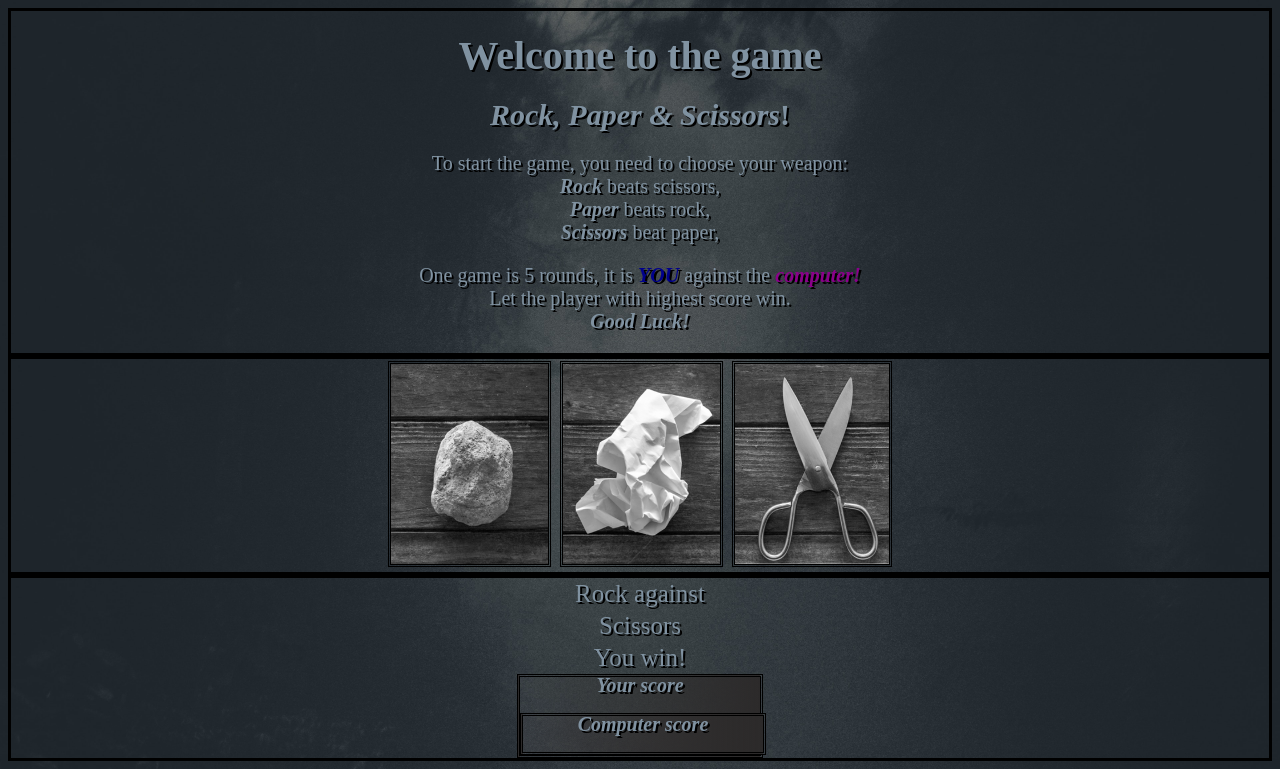
Repository: agneta1991/rock-paper-scissors
Page: Desktop/coding/index2.html
An editor plug-in stored every save of this project. The page is shown before and after the next save, followed by the edit.
The browser window is 1280 px wide. The pictures show the whole page.
After loading, the first visible `button.Rock` was clicked once.

Above is the page before, as saved 2023-03-06 08:34:20.

### Desktop/coding/index2.html
<!DOCTYPE html>
<html lang="en">
<head>
    <meta charset="UTF-8">
    <title>Rock Paper Scissors</title>
    <link rel="styleSheet" href='styles.css'>
</head>
<body>
    <script src="js.js" defer></script>
    <div class="container1">
        <div class="title">
            <h1>Welcome to the game </h1>
            <h2><span>Rock, Paper & Scissors</span>!</h2>
            <p>To start the game, you need to choose your weapon:<br>
            <span>Rock</span> beats scissors, <br>
            <span>Paper</span> beats rock, <br>
            <span>Scissors</span> beat paper,</p>
            <p>One game is 5 rounds, it is <span style="color: darkblue">YOU</span> against the <span style="color: darkmagenta">computer!</span><br>
            Let the player with highest score win.<br>
        <span>Good Luck!</span></p>
        </div>
    </div>
    <div class ="container2">
        <div class="options">
            <button class="Rock"> <img src='images/rock.png'></button>
            <button class="Paper"><img src='images/paper.png'></button>
            <button class="Scissors"><img src='images/scissors.png'></button>
        </div>
    </div>
    <div class="container3">
        <div id="playerChoice"></div><div id="computerChoice"></div>
        <div id="msg"></div>
        <div class="score">
            <div class="playerScore"><span>Your score<span></span>
            <div id="displayedPlayerScore"></p></div>
            <div class="computerScore"><span>Computer score<span></span>
            <div id="displayedComputerScore"></p></div></div>
        </div>
    </div>
</body>
</html>

### Desktop/coding/styles.css
body{
    background-image: url('images/background.jpg');
    background-size:100%;
}
h1, h2{
    line-height: 90%;
}

.container1, .container2, .container3{
    border: solid black;
    color: rgb(128, 146, 161);
    text-shadow: 2px 2px black;
    font-size: 20px;
}
span{
    font-weight: bold;
    font-style: italic;
}
.container1{
    display: flex;
    justify-content: center;
    text-align: center;
}


img{
    width: auto ;
    height: 200px ;
    border-style: double;
}

.container2 {
    display: flex;
    justify-content: center;
    gap: 8px;
}
button{
    background-color: transparent;
    padding: 0%;
    border-color: transparent;
}


img {
    -webkit-filter:
    grayscale(100%);
    filter:grayscale(100%);
    -webkit-transition: .2s
    ease-in-out;
    transition: .2s ease-in-out;

}

img:hover {
    -webkit-filter:grayscale(0);
    filter:grayscale(0);

}

.playerScore, .computerScore {
    line-height: 80%;
    border: black;
    width: 240px;
    border-style: double;
    background-image: linear-gradient(to right, rgba(156, 146, 146, 0.055),rgb(44, 42, 42) );
}

.score{
    display: flex;
    justify-content: center;
    text-align: center;
    gap: 10px;

}

#playerChoice, #computerChoice, #msg{
    display: flex;
    justify-content: center;
    text-align: center;
    padding: 2px;
    font-size: 25px;
    display: flex;
    justify-content: center;
    text-align: center;
}

### Desktop/coding/js.js
const choice = ['Rock', 'Paper', 'Scissors'];
const computerChoice = choice[Math.floor(Math.random()*choice.length)];


function round() {
const btn = document.querySelectorAll('button');


function oneClick(){
    btn.forEach((individualBtn)=>{
    individualBtn.addEventListener('click', ()=>{
        document.getElementById ('playerChoice').innerHTML = individualBtn.className + ' against '
        document.getElementById('computerChoice').innerHTML = computerChoice;
        let clicked = individualBtn.className;
        console.log(clicked);


            let msgComp = 'Computer wins!';
            let msgPlay = 'You win!';
            let msgT = "it's a tie!";
            let playerScore=0;
            let computerScore=0;

         if (clicked === 'Rock' && computerChoice === 'Paper'){
            document.getElementById('msg').innerHTML= msgComp;
            ++computerScore;
            console.log(computerScore);
            } else if (clicked==='Paper' && computerChoice ==='Scissors'){

            document.getElementById('msg').innerHTML= msgComp;
            ++computerScore;
            console.log(computerScore);
            } else if (clicked === 'Scissors' && computerChoice==='Rock'){

            ++computerScore;
            console.log(computerScore);
            document.getElementById('msg').innerHTML= msgComp;
            } else if (clicked=== 'Paper' && computerChoice==='Rock'){

            ++playerScore;
            console.log(playerScore);
            document.getElementById('msg').innerHTML= msgPlay;
            } else if(clicked === 'Scissors' && computerChoice === 'Paper'){

            ++playerScore;
            console.log(playerScore);
            document.getElementById('msg').innerHTML= msgPlay;
            } else if (clicked === 'Rock' && computerChoice==='Scissors'){

            ++playerScore;
            console.log(playerScore);
            document.getElementById('msg').innerHTML= msgPlay;

            } else document.getElementById('msg').innerHTML= msgT;


    });
});
}
oneClick();


}

round();

After the next save:
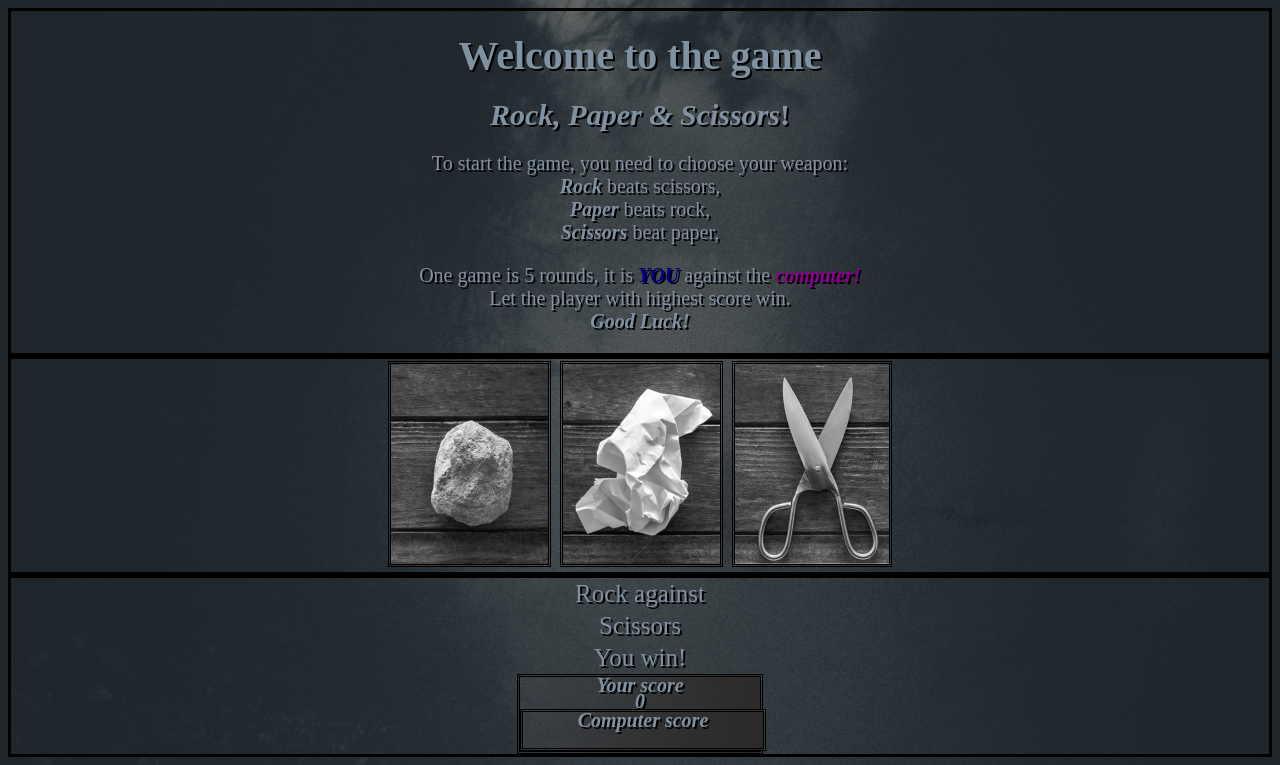
Saved 3 min 1 s later.
--- a/Desktop/coding/js.js
+++ b/Desktop/coding/js.js
@@ -24,31 +24,26 @@ function oneClick(){
          if (clicked === 'Rock' && computerChoice === 'Paper'){
             document.getElementById('msg').innerHTML= msgComp;
             ++computerScore;
-            console.log(computerScore);
+            document.getElementById('displayedComputerScore').innerHTML = computerScore;
             } else if (clicked==='Paper' && computerChoice ==='Scissors'){
-
             document.getElementById('msg').innerHTML= msgComp;
             ++computerScore;
-            console.log(computerScore);
+            document.getElementById('displayedComputerScore').innerHTML = computerScore;
             } else if (clicked === 'Scissors' && computerChoice==='Rock'){
-
             ++computerScore;
-            console.log(computerScore);
+            document.getElementById('displayedComputerScore').innerHTML = computerScore;
             document.getElementById('msg').innerHTML= msgComp;
             } else if (clicked=== 'Paper' && computerChoice==='Rock'){
-
             ++playerScore;
-            console.log(playerScore);
+            document.getElementById('displayedPlayerScore').innerHTML = computerScore;
             document.getElementById('msg').innerHTML= msgPlay;
             } else if(clicked === 'Scissors' && computerChoice === 'Paper'){
-
             ++playerScore;
-            console.log(playerScore);
+            document.getElementById('displayedPlayerScore').innerHTML = computerScore;
             document.getElementById('msg').innerHTML= msgPlay;
             } else if (clicked === 'Rock' && computerChoice==='Scissors'){
-
             ++playerScore;
-            console.log(playerScore);
+            document.getElementById('displayedPlayerScore').innerHTML = computerScore;
             document.getElementById('msg').innerHTML= msgPlay;
 
             } else document.getElementById('msg').innerHTML= msgT;
